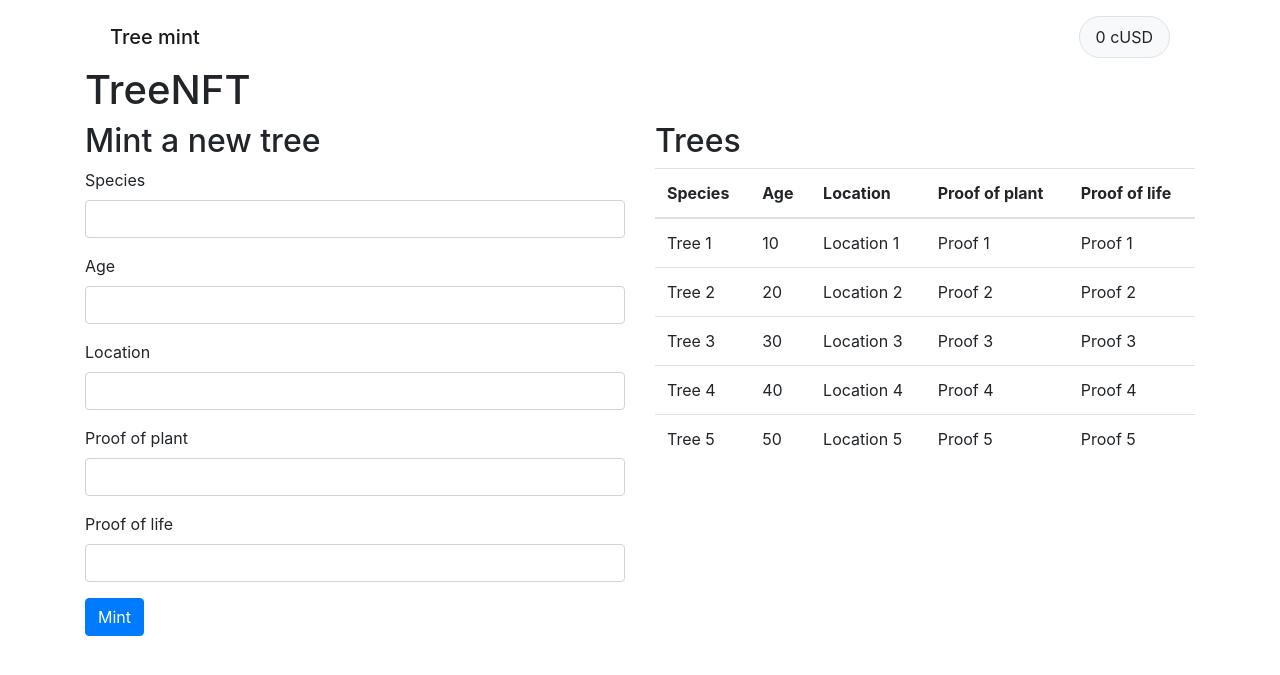
Repository: Jeremicarose/Celo-Code-Jam-3.0
Page: index.html
These files come from the project's save history. The page is drawn as it stood at one moment and after the next save; the edit follows.
The browser window is 1280 px wide. The pictures show the whole page.

Above is the page before, as saved 2023-06-29 22:02:50.

After the next save:
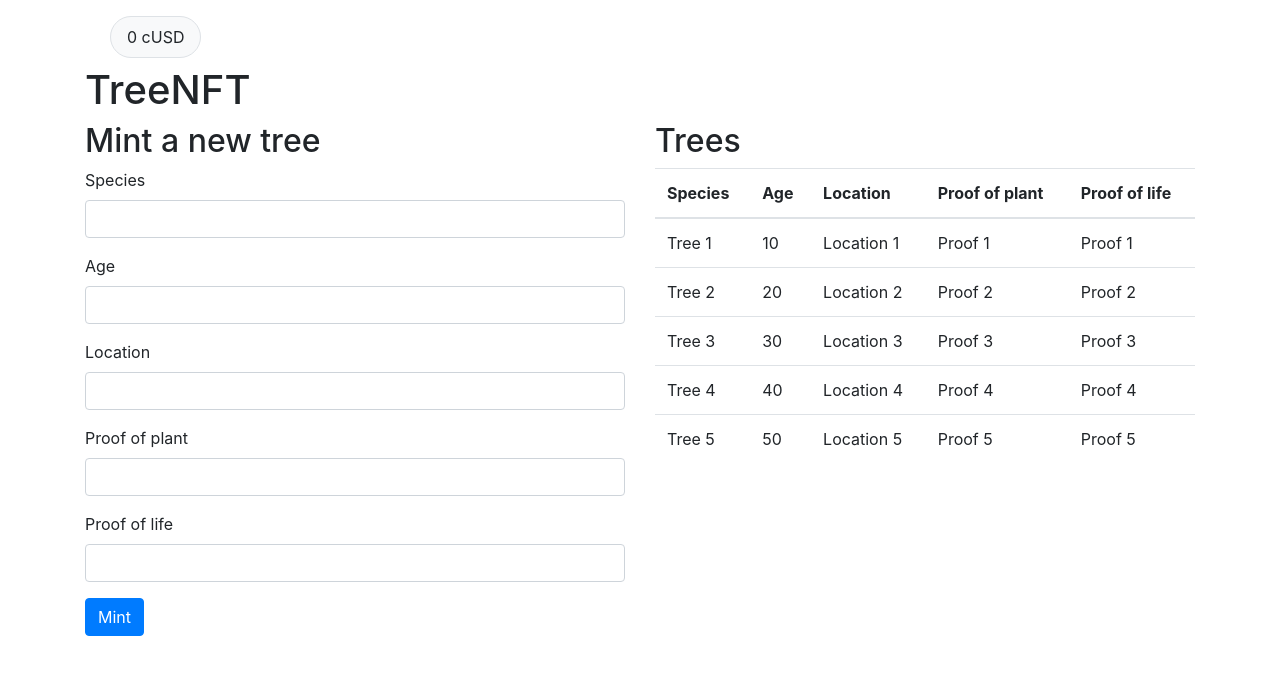
Saved 2 min 28 s later.
--- a/index.html
+++ b/index.html
@@ -13,7 +13,6 @@
 
         <nav class="navbar bg-white navbar-light">
           <div class="container-fluid">
-            <span class="navbar-brand m-0 h4 fw-bold">Tree mint</span>
             <span class="nav-link border rounded-pill bg-light">
               <span id="balance">0</span>
               cUSD
@@ -71,6 +70,9 @@
   </div>
 
   <script>
+    const getBalance = function () {
+  document.querySelector("#balance").textContent = 21
+}
     $(document).ready(function() {
       // Tree information array
       var treeInfoArray = [
